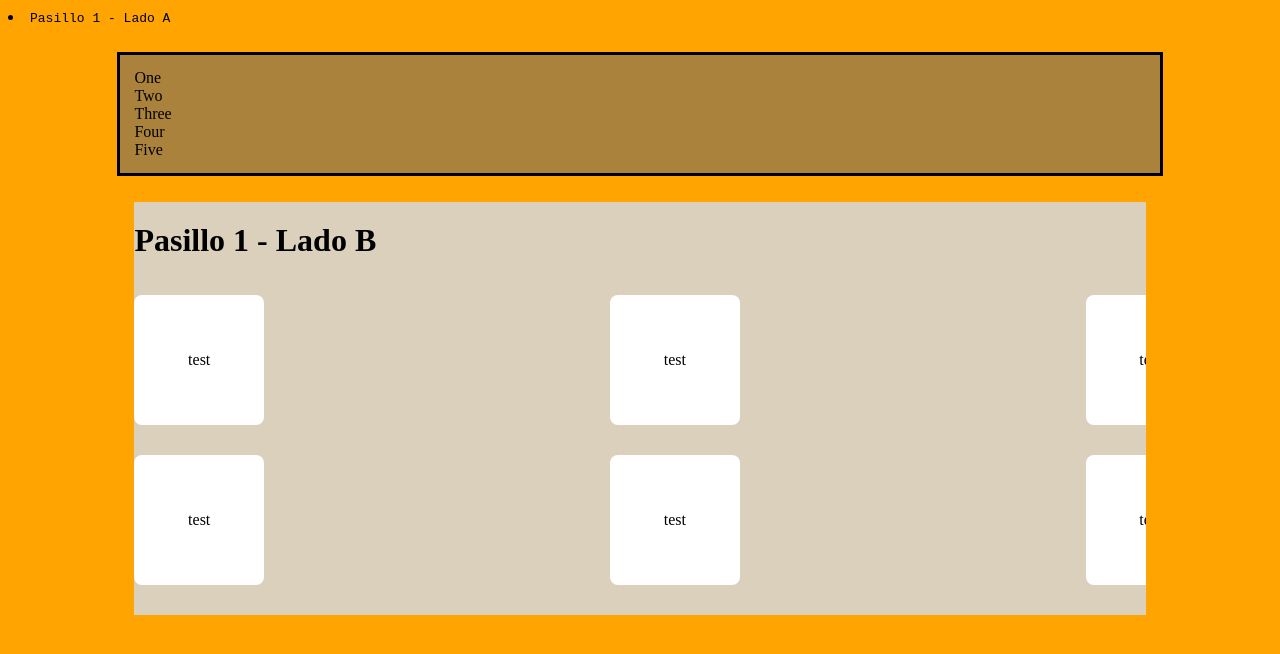
Repository: Franzcod/DepoStock_Web
Page: index.html
These files come from the project's save history. The page is drawn as it stood at one moment and after the next save; the edit follows.
The browser window is 1280 px wide. The pictures show the whole page.

Above is the page before, as saved 2020-06-07 02:36:45.
Console error: ReferenceError: ur is not defined

After the next save:
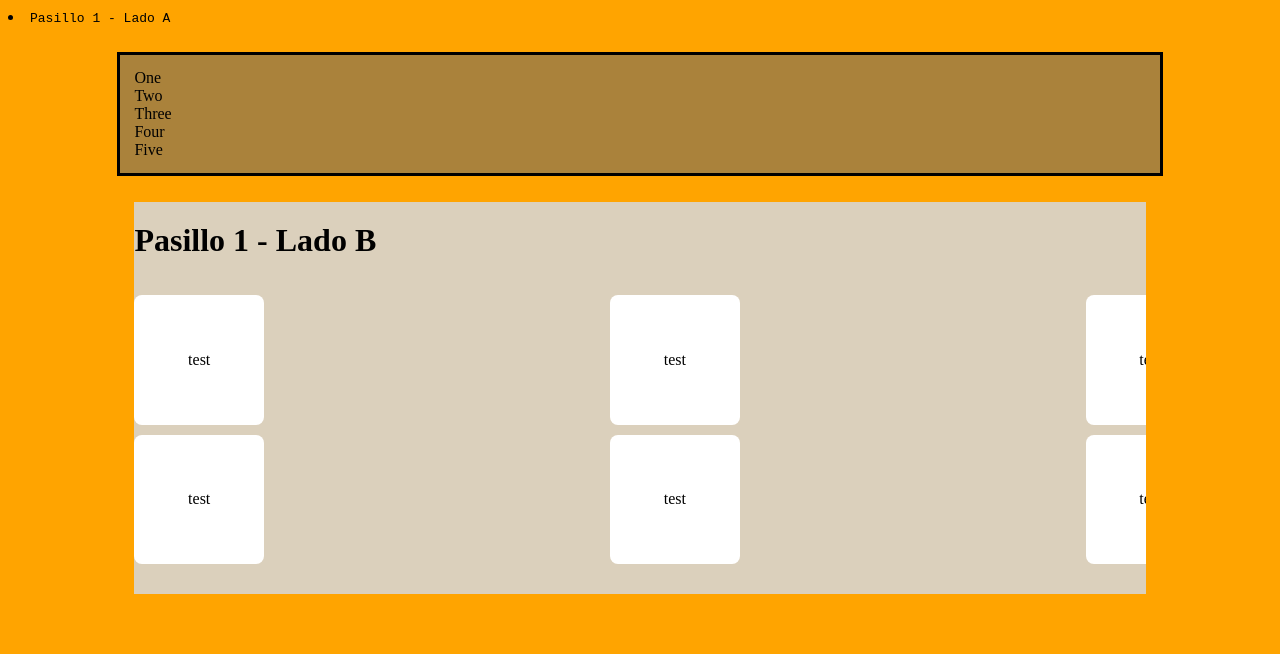
Saved 83 s later.
--- a/estilo/estilo.css
+++ b/estilo/estilo.css
@@ -37,7 +37,7 @@ grid-column: 1 / -1;
 display: grid;
 grid-gap: calc(var(--gutter) / 2);
 grid-template-columns: repeat(15, calc(50% - var(--gutter) * 2));
-grid-template-rows: minmax(150px, 1fr);
+grid-template-rows: minmax(7vw, 1fr);
 
 overflow-x: scroll;
 /* scroll-snap-type: x proximity; */
